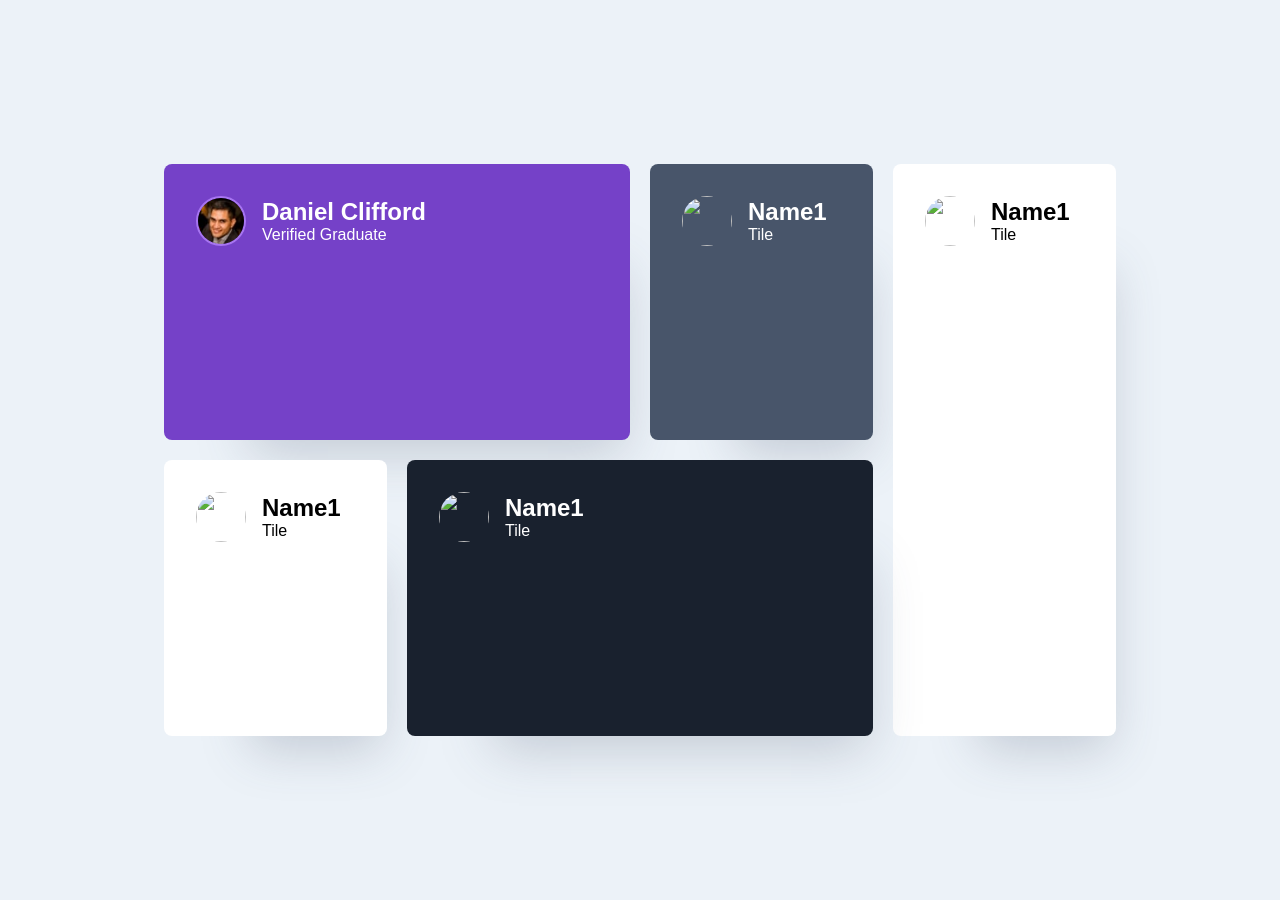
Repository: brandontaylor1/testimonial-card
Page: index.html
An editor plug-in stored every save of this project. The page is shown before and after the next save, followed by the edit.
The browser window is 1280 px wide. The pictures show the whole page.

Above is the page before, as saved 2025-01-10 23:43:44.

After the next save:
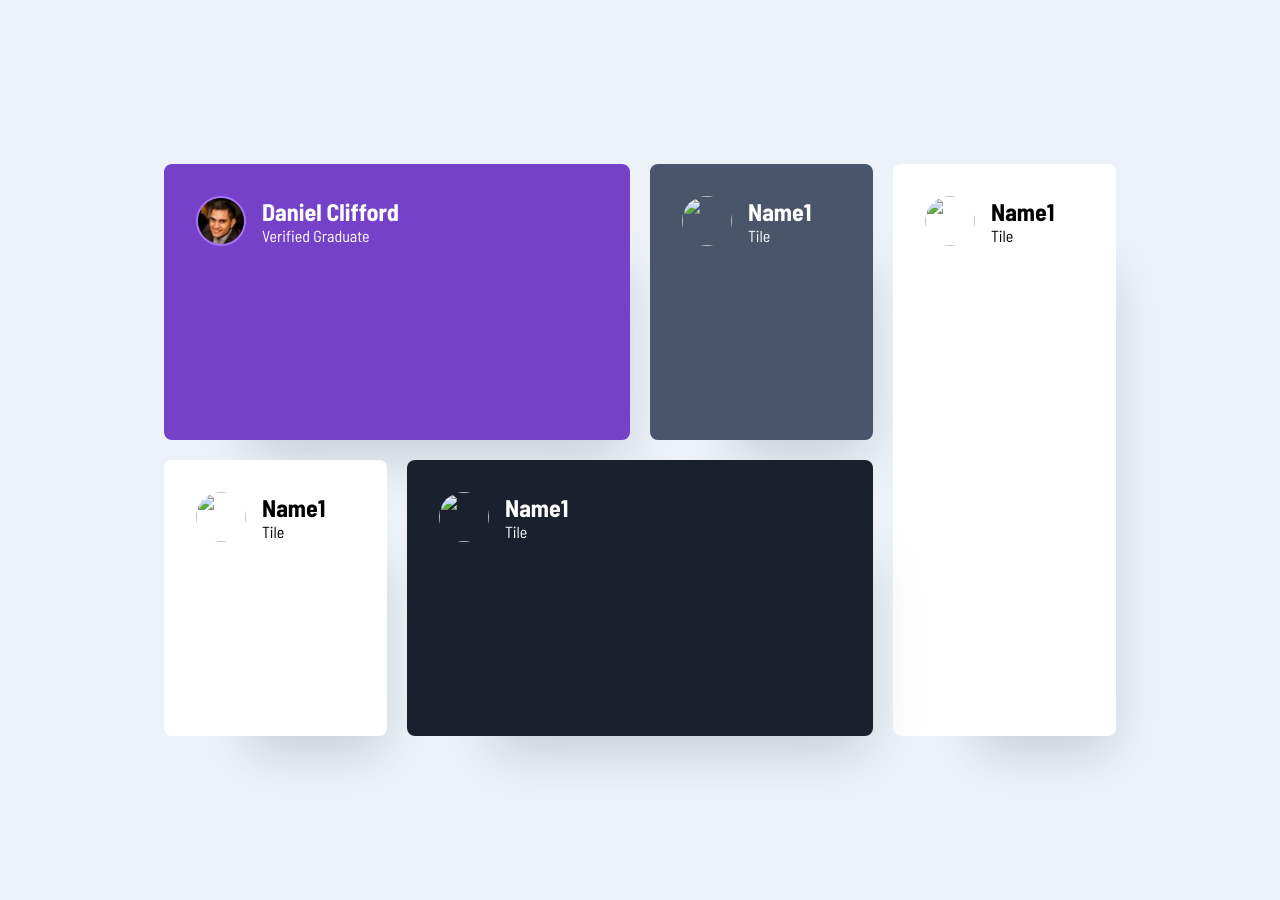
Saved 38 s later.
--- a/styles.css
+++ b/styles.css
@@ -18,7 +18,7 @@
 body {
     background-color: #ECF2F8;
     padding: 164px;
-    font-family: "Barlow", sans-serif;
+    font-family: "Barlow Semi Condensed", sans-serif;
 }
 
 .testimonial-grid {
